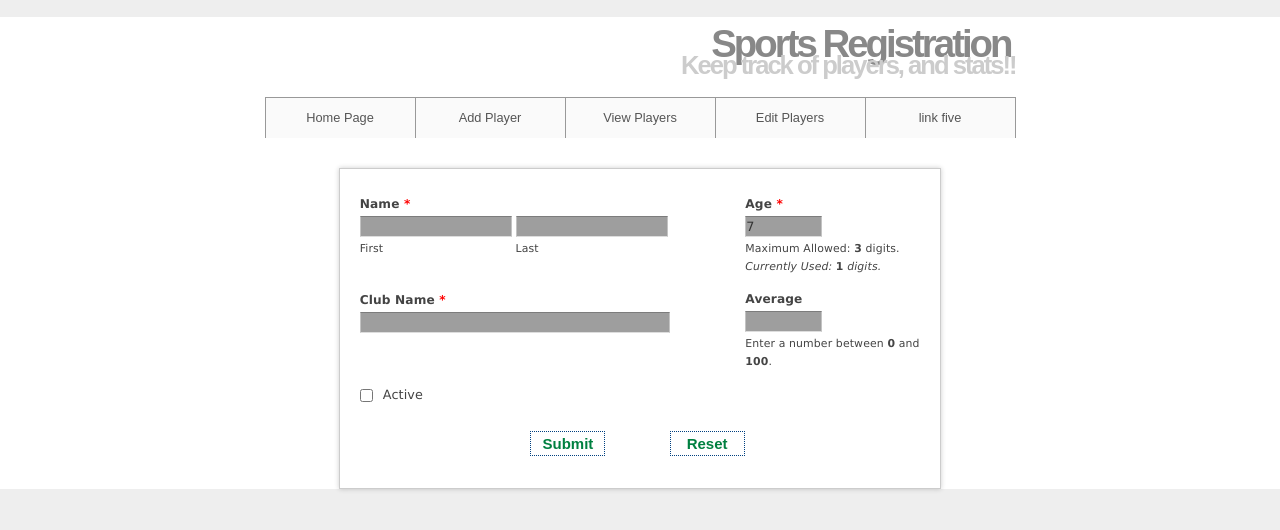
Repository: TrentonAsbury/PHP_FinalProject_Database
Page: http://localhost/addperson.php
The author's editor kept a copy of each file at every save. The page is drawn from the files as they stood at one save, then again after the next save.
The browser window is 1280 px wide. The pictures show the whole page.
Pictures or frames that could not be fetched are drawn as grey boxes. The page is run by PHP 8.4 with error messages shown; the project is at /var/www/html/.

Above is the page before, as saved 2017-04-15 11:12:15.

### FinalProj/addPerson.php
<!DOCTYPE html>
<html>
	<head>

		<title> Form - Add Player </title>

		<!-- Meta Tags -->
		<meta charset="utf-8">
		<meta name="generator" content="Wufoo">
		<meta name="robots" content="index, follow">
		<meta http-equiv="content-type" content="text/html; charset=utf-8" />

		<!-- CSS -->
		<link href="css/add_person/structure.css" rel="stylesheet">
		<link href="css/add_person/form.css" rel="stylesheet">
		<link href="css/add_person/theme.css" rel="stylesheet">
		<link rel="stylesheet" href="css/style.css" type="text/css" media="screen" />
		<link href="https://" rel="stylesheet">

		<!-- JavaScript -->
		<script src="../../scripts/wufoo.js"></script>

	</head>

	<body id="public">

		<header>
		<h1>Sports Registration</h1>
		<h2>Keep track of players, and stats!!</h2>
	</header>
	<nav>
		<ul>
			<li><a href="index.php">Home Page</a></li>
			<li><a href="addPerson.php">Add Player</a></li>
			<li><a href="viewDB.php">View Players</a></li>
			<li><a href="edit.php">Edit Players</a></li>
			<li><a href="#">link five</a></li>
		</ul>
	</nav>

<br><br>
		<div id="container" class="ltr">

			<form id="form1" name="form1" class="wufoo topLabel page" accept-charset="UTF-8" autocomplete="off" enctype="multipart/form-data" method="post" novalidate
			action="includes/dump/addPerson_dump.php">


				<ul>

					<!-- TEXT BOX - NAME -->
					<li id="foli1" class="notranslate leftHalf     ">
						<label class="desc" id="title1" for="Field1"> Name <span id="req_1" class="req">*</span> </label>
						<span>
							<input id="Field1" name="Field1" type="text" class="field text fn" value="" size="8" tabindex="1" required />
							<label for="Field1">First</label> </span>

						<span>
							<input id="Field2" name="Field2" type="text" class="field text ln" value="" size="14" tabindex="2" required />
							<label for="Field2">Last</label> </span>
					</li>

					<!-- TEXT BOX - AGE -->
					<li id="foli5" class="notranslate rightHalf">
						<label class="desc " id="title5" for="Field5"> Age <span id="req_5" class="req">*</span> </label>
						<div>
							<input id="Field5" name="Field5" type="text" class="field text nospin small"  value="7" maxlength="3" tabindex="3" onkeyup="validateRange(5, 'digit');" required />
							<label for="Field5">Maximum Allowed: <var id="rangeMaxMsg5">3</var> digits.&nbsp;&nbsp;&nbsp; <em class="currently">Currently Used: <var id="rangeUsedMsg5">1</var> digits.</em></label>
						</div>
					</li>

					<!-- TEXT BOX - CLUB NAME -->
					<li id="foli6" class="notranslate leftHalf">
						<label class="desc" id="title6" for="Field6"> Club Name <span id="req_6" class="req">*</span> </label>
						<div>
							<input id="Field6" name="Field6" type="text" class="field text medium" value="" maxlength="255" tabindex="4" onkeyup="" required />
						</div>
					</li>

					<!-- TEXT BOX - AVERAGE -->
					<li id="foli7" class="notranslate rightHalf">
						<label class="desc" id="title7" for="Field7"> Average </label>
						<div>
							<input id="Field7" name="Field7" type="text" class="field text nospin medium"  value="" min="0" max="100" maxlength="255" tabindex="5" onkeyup="validateRange(7, 'value');"/>
							<label for="Field7">Enter a number between <var id="rangeMinMsg7">0</var> and <var id="rangeMaxMsg7">100</var>.</label>
						</div>
					</li>

					<!-- CHECK BOX - ACTIVE -->
					<li id="foli8" class=" ">
						<fieldset>
							<div>
								<span class="subfield">
									<input id="Field8" name="Field8" type="checkbox" class="field checkbox" value="1" tabindex="6"/>
									<label class="choice" for="Field8"> <span class="choice__text notranslate" >Active</span>
								<span class="choice__qty"> </span> </label> </span>
							</div>
						</fieldset>
					</li>

					<!-- BUTTON - SUBMIT -->
					<li class="buttons ">
						<center>
						<table width="50%">
							<tr>
								<td align="center">
							<input id="saveForm" name="saveForm" class="btTxt submit" type="submit" value="Submit" style="height: 25px; width: 75px; font-size: 15px;"/>
								</td>
								<td align="center">
							<input id="resetForm" name="resetForm" class="btTxt submit" type="reset" value="Reset" style="height: 25px; width: 75px; font-size: 15px;" />
								</td>
							</tr>
						</table></center>

					</li>

				</ul>
			</form>

		</div>
	</body>
</html>

### FinalProj/css/add_person/structure.css
html {
	background: #eee
}

body {
	margin: 17px 0 15px 0;
	padding: 0;
	text-align: center;
	font-size: small;
	font-family: "Lucida Grande", Tahoma, Arial, Verdana, sans-serif
}

article, aside, figure, figure img, figcaption, hgroup, footer, header, nav, section, video, object, output {
	display: block
}

#container {
	text-align: left;
	background: #fff;
	border: 1px solid #ccc;
	-webkit-box-shadow: rgba(0,0,0,0.2) 0px 0px 5px;
	-moz-box-shadow: rgba(0,0,0,0.2) 0px 0px 5px;
	-o-box-shadow: rgba(0,0,0,0.2) 0px 0px 5px;
	box-shadow: rgba(0,0,0,0.2) 0px 0px 5px
}

#container {
	margin: 0 auto 10px auto;
	width: 600px
}

form.wufoo {
	margin: 20px 14px 0 14px;
	padding: 0 0 20px 0;
	position: relative
}

#logo {
	margin: 0;
	padding: 0;
	min-height: 0;
	background-color: #dedede;
	text-indent: -9000px;
	text-decoration: none
}

#logo a {
	min-height: 40px;
	height: 40px;
	display: block;
	background: url(../images/wflogo.png) no-repeat left top;
	overflow: hidden
}

* html #logo a {
	_background-image: none;
	_filter: progid:DXImageTransform.Microsoft.AlphaImageLoader(src="../images/wflogo.png", sizingMethod="crop")
}

img, a img {
	border: none;
	-ms-interpolation-mode: bicubic
}

.hide, .cloak div, .cloak span, .likert.cloak tbody, .likert.cloak thead {
	display: none !important
}

.likert.cloak table {
	border: none
}

### FinalProj/css/add_person/theme.css
/* ----- Logo ----- */

#logo a {
	background-image:url('../images/themes/logos/risingsun.png');
	min-height:0;
	height:40px;
}
* html #logo a {/* IE6 png Support */
	background-image: none;
	filter: progid:DXImageTransform.Microsoft.AlphaImageLoader(src="../images/themes/logos/risingsun.png", sizingMethod="crop");
}

/* ----- Backgrounds ----- */
html{
	background-image:none;	background-color:#EEEEEE;
}
#logo{
	background-image:url(../images/themes/patterns/oldwufoo.png);	background-color:#dedede;
}
#container, html.embed{
	background-color:#ffffff;
}
.safari .wufoo input.file{
	background:none;
	border:none;
}

.wufoo li.focused{
	background-color:#FFF7C0;
}
.wufoo .instruct{
	background-color:#F5F5F5;
}

/* ----- Borders ----- */
#container{
	border:1px solid #cccccc;
}
.wufoo .info, .wufoo .paging-context{
	border-bottom:1px dotted #cccccc;
}
.wufoo .section h3, .wufoo .captcha, #payment .paging-context{
	border-top:1px dotted #cccccc;
}
.wufoo input.text, .wufoo textarea.textarea{

}
.wufoo .instruct{
	border:1px solid #e6e6e6;
}
.fixed .info{
	border-bottom:none;
}
.wufoo li.section.scrollText{
	border-color:#dedede;
}

/* ----- Typography ----- */
.wufoo .info h2{
	font-size:180%;
	font-family:'Black Rose';
	font-style:normal;
	font-weight:normal;
	color:#000000;
}
.wufoo .info div{
	font-size:95%;
	font-family:inherit;
	font-style:normal;
	font-weight:normal;
	color:#444444;
}
.wufoo .section h3{
	font-size:140%;
	font-family:inherit;
	font-style:normal;
	font-weight:bold;
	color:#cc0000;
}
.wufoo .section div{
	font-size:85%;
	font-family:inherit;
	font-style:normal;
	font-weight:normal;
	color:#444444;
}

.wufoo label.desc, .wufoo legend.desc{
	font-size:95%;
	font-family:inherit;
	font-style:normal;
	font-weight:bold;
	color:#444444;
}

.wufoo label.choice{
	font-size:100%;
	font-family:inherit;
	font-style:normal;
	font-weight:normal;
	color:#444444;
}
.wufoo input.text, .wufoo textarea.textarea, .wufoo input.file, .wufoo select.select{
	font-style:normal;
	font-weight:normal;
	color:#333333;
	font-size:100%;
}
{* Custom Fonts Break Dropdown Selection in IE *}
.wufoo input.text, .wufoo textarea.textarea, .wufoo input.file{
	font-family:inherit;
}


.wufoo li div, .wufoo li span, .wufoo li div label, .wufoo li span label{
	font-family:inherit;
	color:#444444;
}
.safari .wufoo input.file{ /* Webkit */
	font-size:100%;
	font-family:inherit;
	color:#444444;
}
.wufoo .instruct small{
	font-size:80%;
	font-family:inherit;
	font-style:normal;
	font-weight:normal;
	color:#444444;
}

.altInstruct small, li.leftHalf small, li.rightHalf small,
li.leftThird small, li.middleThird small, li.rightThird small,
.iphone small{
	color:#444444 !important;
}

/* ----- Button Styles ----- */

.wufoo input.btTxt{

}

/* ----- Highlight Styles ----- */

.wufoo li.focused label.desc, .wufoo li.focused legend.desc,
.wufoo li.focused div, .wufoo li.focused span, .wufoo li.focused div label, .wufoo li.focused span label,
.safari .wufoo li.focused input.file{
	color:#000000;
}

/* ----- Confirmation ----- */

.confirm h2{
	font-family:inherit;
	color:#444444;
}
a.powertiny b, a.powertiny em{
	color:#1a1a1a !important;
}
.embed a.powertiny b, .embed a.powertiny em{
	color:#1a1a1a !important;
}

/* ----- Pagination ----- */

.pgStyle1 var, .pgStyle2 var, .pgStyle2 em, .page1 .pgStyle2 var, .pgStyle1 b, .wufoo .buttons .marker{
	font-family:inherit;
	color:#444444;
}
.pgStyle1 var, .pgStyle2 td{
	border:1px solid #cccccc;
}
.pgStyle1 .done var{
	background:#cccccc;
}

.pgStyle1 .selected var, .pgStyle2 var, .pgStyle2 var em{
	background:#FFF7C0;
	color:#000000;
}
.pgStyle1 .selected var{
	border:1px solid #e6dead;
}


/* Likert Backgrounds */

.likert table{
	background-color:#ffffff;
}
.likert thead td, .likert thead th{
	background-color:#e6e6e6;
}
.likert tbody tr.alt td, .likert tbody tr.alt th{
	background-color:#f5f5f5;
}

/* Likert Borders */

.likert table, .likert th, .likert td{
	border-color:#dedede;
}
.likert td{
	border-left:1px solid #cccccc;
}

/* Likert Typography */

.likert caption, .likert thead td, .likert tbody th label{
	color:#444444;
	font-family:inherit;
}
.likert tbody td label{
	color:#575757;
	font-family:inherit;
}
.likert caption, .likert tbody th label{
	font-size:95%;
}

/* Likert Hover */

.likert tbody tr:hover td, .likert tbody tr:hover th, .likert tbody tr:hover label{
	background-color:#FFF7C0;
	color:#000000;
}
.likert tbody tr:hover td{
	border-left:1px solid #ccc69a;
}

/* ----- Running Total ----- */

.wufoo #lola{
	background:#e6e6e6;
}
.wufoo #lola tbody td{
	border-bottom:1px solid #cccccc;
}
.wufoo #lola{
	font-family:inherit;
	color:#444444;
}
.wufoo #lola tfoot th{
	color:#696969;
}

/* ----- Report Styles ----- */

.wufoo .wfo_graph h3{
	font-size:95%;
	font-family:inherit;
	color:#444444;
}
.wfo_txt, .wfo_graph h4{
	color:#444444;
}
.wufoo .footer h4{
	color:#cc0000;
}
.wufoo .footer span{
	color:#444444;
}

/* ----- Number Widget ----- */

.wfo_number{
	background-color:#f5f5f5;
	border-color:#dedede;
}
.wfo_number strong, .wfo_number em{
	color:#000000;
}

/* ----- Chart Widget Border and Background Colors ----- */

#widget, #widget body{
	background:#ffffff;
}
.fcNav a.show{
	background-color:#ffffff;
	border-color:#cccccc;
}
.fc table{
	border-left:1px solid #dedede;
}
.fc thead th, .fc .more th{
	background-color:#dedede !important;
	border-right:1px solid #cccccc !important;
}
.fc tbody td, .fc tbody th, .fc tfoot th, .fc tfoot td{
	background-color:#ffffff;
	border-right:1px solid #cccccc;
	border-bottom:1px solid #dedede;
}
.fc tbody tr.alt td, .fc tbody tr.alt th, .fc tbody td.alt{
	background-color:#f5f5f5;
}

/* ----- Chart Widget Typography Colors ----- */

.fc caption, .fcNav, .fcNav a{
	color:#444444;
}
.fc tfoot,
.fc thead th,
.fc tbody th div,
.fc tbody td.count, .fc .cards tbody td a, .fc td.percent var,
.fc .timestamp span{
	color:#000000;
}
.fc .indent .count{
	color:#4b4b4b;
}
.fc .cards tbody td a span{
	color:#7d7d7d;
}

/* ----- Chart Widget Hover Colors ----- */

.fc tbody tr:hover td, .fc tbody tr:hover th,
.fc tfoot tr:hover td, .fc tfoot tr:hover th{
	background-color:#FFF7C0;
}
.fc tbody tr:hover th div, .fc tbody tr:hover td, .fc tbody tr:hover var,
.fc tfoot tr:hover th div, .fc tfoot tr:hover td, .fc tfoot tr:hover var{
	color:#000000;
}

/* ----- Payment Summary ----- */

.invoice thead th,
.invoice tbody th, .invoice tbody td,
.invoice tfoot th,
.invoice .total,
.invoice tfoot .last th, .invoice tfoot .last td,
.invoice tfoot th, .invoice tfoot td{
	border-color:#dedede;
}
.invoice thead th, .wufoo .checkNotice{
	background:#f5f5f5;
}
.invoice th, .invoice td{
	color:#000000;
}
#ppSection, #ccSection{
	border-bottom:1px dotted #cccccc;
}
#shipSection, #invoiceSection{
	border-top:1px dotted #cccccc;
}

/* Drop Shadows */

/* - - - Local Fonts - - - */

@font-face {
	font-family: 'Black Rose';
	src: url('/fonts/black_rose.eot?') format('eot'),
	     url('/fonts/black_rose.woff') format('woff'),
	     url('/fonts/black_rose.ttf')  format('truetype'),
	     url('/fonts/black_rose.svg#svgFontName') format('svg');
	font-weight: normal;
	font-style: normal;
}

/* - - - Responsive - - - */

@media only screen and (max-width: 480px) {
	html{
		background-color:#ffffff;
	}
	a.powertiny b, a.powertin em{
		color:#1a1a1a !important;
	}
}

/* - - - Custom Theme - - - */

### FinalProj/css/style.css

* {
	border:0;
	margin:0;
	padding:0;
}

/* general */
a {
	color:#777;
	text-decoration:none;
}

a:hover {
	color:#333;
	text-decoration:none;
}

/* body */
body {
	background:#ffffff;
	color:#555;
	font:0.8em Arial, Helvetica, "bitstream vera sans", sans-serif;
}

/* header */
header {
	border-bottom:1px solid #999;
	height:80px;
	margin:0 auto;
	width:751px;
}
header h1 {
	color:#888;
	font-size:300%;
	letter-spacing:-3px;
	text-align:right;
	padding:5px;
	margin-bottom:-20px;
}
header h2 {
	color:#CCC;
	font-size:200%;
	letter-spacing:-2px;
	text-align:right;
}

/* navigation */
nav {
	background:#fafafa;
	border-right:1px solid #999;
	margin:0 auto;
	width:750px;
	height:40px;
	list-style:none;
}
nav li {
	border-left:1px solid #999;
	float:left;
	width:149px;
	list-style:none;
}
nav a {
	color:#555;
	display:block;
	line-height:40px;
	text-align:center;
}
nav a:hover {
	background:#e3e3e3;
	color:#555;
}
nav .active {
	background:#e3e3e3;
	color:#777;
}

/* content */
main {
	height:auto;
	margin:0 auto;
	padding:0 0 20px;
	width:751px;
}
main h1 {
	border-bottom:1px dashed #999;
	font-size:1.8em;
	padding:20px 0 0;
}
main p {
	padding:20px 20px 0;
}

/* footer */
footer {
	border-top:1px solid #999;
	height:50px;
	margin:0 auto;
	padding:10px;
	text-align:center;
	width:751px;
}


.error, .ad {
	font-weight: bold;
	color: #C00
}

input, select, .input {
	padding: 5px;
	font-weight: bold;
	font-size: 1em;
	color: #008040;
	background: #FFFFFF;
	border:1px dotted #004080;
}

Loaded but not shown: FinalProj/scripts/wufoo.js (164 lines, source omitted); FinalProj/css/add_person/form.css (1355 lines, source omitted)

After the next save:
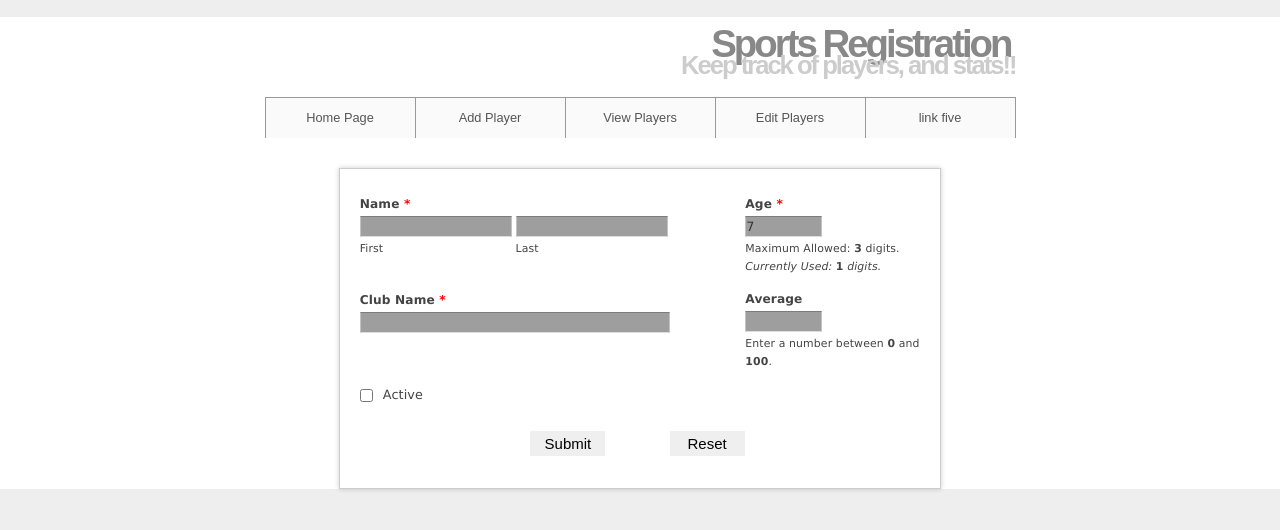
Saved 93 s later.
--- a/FinalProj/css/style.css
+++ b/FinalProj/css/style.css
@@ -106,7 +106,7 @@ footer {
 	font-weight: bold;
 	color: #C00
 }
-
+/*
 input, select, .input {
 	padding: 5px;
 	font-weight: bold;
@@ -114,4 +114,4 @@ input, select, .input {
 	color: #008040;
 	background: #FFFFFF;
 	border:1px dotted #004080;
-}
+}*/
